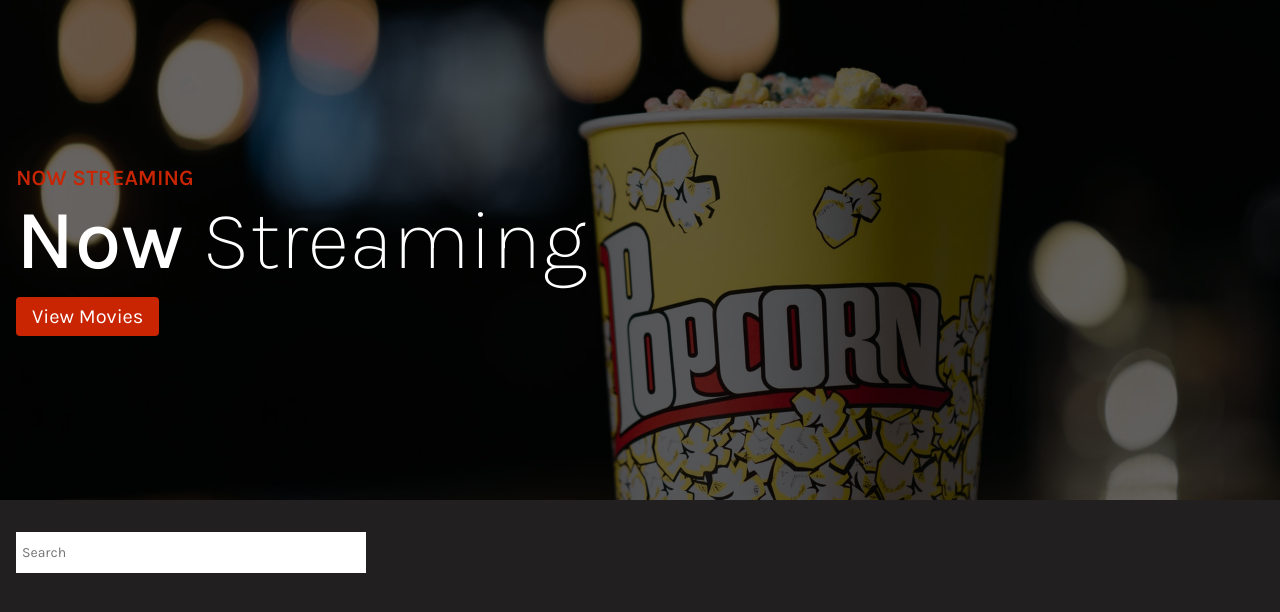
Repository: tomas938/films-overview
Page: /
An editor plug-in stored every save of this project. The page is shown before and after the next save, followed by the edit.
The browser window is 1280 px wide. The pictures show the whole page.
The page's requests for data from a server got no answer. The project was rebuilt for these pictures with package versions that can differ from the ones it lists, and the page was loaded fresh each time. The framework's server and built-in components were replaced by stand-ins that run in the browser. No one was signed in, and anything a server would have sent is missing. Also part of the build but not shown: nuxt.config.js.

Above is the page before, as saved 2021-08-27 10:06:07.

### assets/defaults.scss
@import url('https://fonts.googleapis.com/css2?family=Karla:wght@200;300;400;500;600&display=swap');

* {
  margin: 0;
  padding: 0;
  box-sizing: border-box;
  font-family: 'Karla', sans-serif;
  scroll-behavior: smooth;
}

// app transitions
.page-enter-active,
.page-leave-active {
  transition: opacity 0.5s;
}
.page-enter-from {
  transform: translateX(-100%);
}
// .page-leave-to {
//   opacity: 0;
// }

.app {
  background-color: #211f1f;
  min-height: 100vh;
}

.button {
  display: inline-block;
  text-decoration: none;
  color: inherit;
  padding: 8px 16px;
  background-color: #c92502;
  border: none;
  color: #fff;
  border-radius: 4px;
  cursor: pointer;
  transition: 0.3s ease all;

  &:hover {
    background-color: #891b02;
  }
}

.button-light {
  background-color: transparent;
  border: 1px solid #c92502;

  &:hover {
    border-color: transparent;
  }
}

.container {
  max-width: 1400px;
  margin: 0 auto;
}

### components/Hero.vue
<template>
  <div class="hero">
    <img src="../assets/imgs/movieHero.jpg" alt="hero image" />
    <div class="text-container">
      <div class="text">
        <span class="mini-heading">Now Streaming</span>
        <h1><span>Now</span> Streaming</h1>
        <a href="#movie-grid" class="button">View Movies</a>
      </div>
    </div>
  </div>
</template>

<script>
export default {
  name: 'Hero',
}
</script>

<style lang="scss" scoped>
.hero {
  height: 400px;
  position: relative;
  @media (min-width: 750px) {
    height: 500px;
  }
  &::after {
    content: '';
    position: absolute;
    top: 0;
    left: 0;
    height: 100%;
    width: 100%;
    background-color: rgba(0, 0, 0, 0.6);
  }
  img {
    width: 100%;
    height: 100%;
    object-fit: cover;
  }
  .text-container {
    z-index: 99;
    position: absolute;
    top: 0;
    margin: 0;
    width: 100%;
    height: 100%;
    display: flex;
    flex-direction: column;
    justify-content: center;
    .text {
      padding: 0 16px;
      width: 100%;
      max-width: 1400px;
      margin: 0 auto;
    }
    .mini-heading {
      font-weight: 600;
      font-size: 18px;
      text-transform: uppercase;
      color: #c92502;
      margin-bottom: 8px;
      @media (min-width: 750px) {
        font-size: 22px;
      }
    }
    h1 {
      color: #fff;
      font-size: 64px;
      font-weight: 200;
      margin-bottom: 8px;
      @media (min-width: 750px) {
        font-size: 84px;
      }
      span {
        font-weight: 500;
      }
    }
    .button {
      font-size: 20px;
      align-self: flex-start;
    }
  }
}
</style>

### components/Loading.vue
<template>
  <div class="loading">
    <span></span>
  </div>
</template>

<script>
export default {}
</script>

<style lang="scss" scoped>
.loading {
  height: 100vh;
  width: 100%;
  display: flex;
  justify-content: center;
  align-items: center;

  @keyframes circle-loading {
    to {
      transform: rotateZ(360deg);
    }
  }

  span {
    display: block;
    width: 70px;
    height: 70px;
    border-radius: 50%;
    border: 2px solid transparent;
    border-top-color: #fff;
    animation: circle-loading 1200ms ease infinite;
  }
}
</style>

### layouts/default.vue
<template>
  <div class="app">
    <Nuxt keep-alive />
  </div>
</template>

### pages/index.vue
<template>
  <div class="home">
    <Hero></Hero>

    <div class="container search">
      <input
        @keyup.enter="$fetch"
        type="text"
        placeholder="Search"
        v-model.lazy="searchInput"
      />
      <button @click="clearSearch()" v-show="searchInput !== ''" class="button">
        Clear Search
      </button>
    </div>

    <Loading v-if="$fetchState.pending"></Loading>

    <div v-else class="container movies">
      <div v-if="searchInput !== ''" id="movie-grid" class="movies-grid">
        <div
          class="movie"
          v-for="(movie, index) in searchedMovies"
          :key="index"
        >
          <div class="movie-img">
            <img
              :src="`https://image.tmdb.org/t/p/w500/${movie.poster_path}`"
              alt=""
            />
            <p class="review">{{ movie.vote_average }}</p>
            <p class="overview">{{ movie.overview }}</p>
          </div>
          <div class="info">
            <p class="title">
              {{ movie.title.slice(0, 25)
              }}<span v-if="movie.title.length > 25">...</span>
            </p>
            <p class="release">
              Released:{{
                new Date(movie.release_data).toLocaleString('en-us', {
                  month: 'long',
                  day: 'numeric',
                  year: 'numeric',
                })
              }}
            </p>
            <Nuxt-link
              class="button button-link"
              :to="{
                name: 'movies-movieid',
                params: { movieid: movie.id },
              }"
              >Get More Info</Nuxt-link
            >
          </div>
        </div>
      </div>
      <div v-else id="movie-grid" class="movies-grid">
        <div class="movie" v-for="(movie, index) in movies" :key="index">
          <div class="movie-img">
            <img
              :src="`https://image.tmdb.org/t/p/w500/${movie.poster_path}`"
              alt=""
            />
            <p class="review">{{ movie.vote_average }}</p>
            <p class="overview">{{ movie.overview }}</p>
          </div>
          <div class="info">
            <p class="title">
              {{ movie.title.slice(0, 25)
              }}<span v-if="movie.title.length > 25">...</span>
            </p>
            <p class="release">
              Released:{{
                new Date(movie.release_data).toLocaleString('en-us', {
                  month: 'long',
                  day: 'numeric',
                  year: 'numeric',
                })
              }}
            </p>
            <Nuxt-link
              class="button button-link"
              :to="{ name: 'movies-movieid', params: { movieid: movie.id } }"
              >Get More Info</Nuxt-link
            >
          </div>
        </div>
      </div>
    </div>
  </div>
</template>

<script>
import axios from 'axios'
export default {
  head() {
    return {
      title: 'Movie App - Latest Streaming Movie Info',
      meta: [
        {
          hid: 'description',
          name: 'description',
          content: 'Get all the latest streaming movies in theaters & online',
        },
        {
          hid: 'keywords',
          name: 'keywords',
          content: 'movies, stream, straming',
        },
      ],
    }
  },
  data() {
    return {
      movies: [],
      searchedMovies: [],
      searchInput: '',
    }
  },
  async fetch() {
    if (this.searchInput === '') {
      await this.getMovies()
      return
    }
    await this.searchMovies()
  },
  fetchDelay: 1000,
  methods: {
    async getMovies() {
      const data = axios(
        'https://api.themoviedb.org/3/movie/now_playing?api_key=a0b65c5ae8f856e9b3307cd48815620d&language=en-US&page=1'
      )
      const result = await data
      result.data.results.forEach((movie) => {
        this.movies.push(movie)
      })
    },
    async searchMovies() {
      const data = axios.get(
        `https://api.themoviedb.org/3/search/movie?api_key=a0b65c5ae8f856e9b3307cd48815620d&language=en-US&page=1&query=${this.searchInput}`
      )
      const result = await data
      result.data.results.forEach((movie) => {
        this.searchedMovies.push(movie)
      })
    },
    clearSearch() {
      this.searchInput = ''
      this.searchedMovies = []
    },
  },
}
</script>
<style lang="scss" scoped>
.home {
  .loading {
    padding-top: 120px;
    align-items: flex-start;
  }
  .search {
    display: flex;
    padding: 32px 16px;
    input {
      max-width: 350px;
      width: 100%;
      padding: 12px 6px;
      font-size: 14px;
      border: none;
      &:focus {
        outline: none;
      }
    }
    .button {
      border-top-left-radius: 0;
      border-bottom-left-radius: 0;
    }
  }
  .movies {
    padding: 32px 16px;
    .movies-grid {
      display: grid;
      column-gap: 32px;
      row-gap: 64px;
      grid-template-columns: 1fr;
      @media (min-width: 500px) {
        grid-template-columns: repeat(2, 1fr);
      }
      @media (min-width: 750px) {
        grid-template-columns: repeat(3, 1fr);
      }
      @media (min-width: 1100px) {
        grid-template-columns: repeat(4, 1fr);
      }
      .movie {
        position: relative;
        display: flex;
        flex-direction: column;
        .movie-img {
          cursor: pointer;
          width: 100%;
          height: 100%;
          position: relative;
          overflow: hidden;
          &:hover {
            .overview {
              transform: translateY(0);
            }
          }
          img {
            display: block;
            width: 100%;
            height: 100%;
          }
          .review {
            position: absolute;
            top: 0;
            left: 0;
            display: flex;
            justify-content: center;
            align-items: center;
            width: 40px;
            height: 40px;
            background-color: #c92502;
            color: #fff;
            border-radius: 0 0 16px 0;
            box-shadow: 0 4px 6px -1px rgba(0, 0, 0, 0.1),
              0 2px 4px -1px rgba(0, 0, 0, 0.06);
          }
          .overview {
            line-height: 1.5;
            position: absolute;
            bottom: 0;
            background-color: rgba(201, 38, 2, 0.9);
            padding: 12px;
            color: #fff;
            transform: translateY(100%);
            transition: 0.3s ease-in-out all;
          }
        }
        .info {
          margin-top: auto;
          .title {
            margin-top: 8px;
            color: #fff;
            font-size: 20px;
          }
          .release {
            margin-top: 8px;
            color: #c9c9c9;
          }
          .button {
            margin-top: 8px;
          }
        }
      }
    }
  }
}
</style>

After the next save:
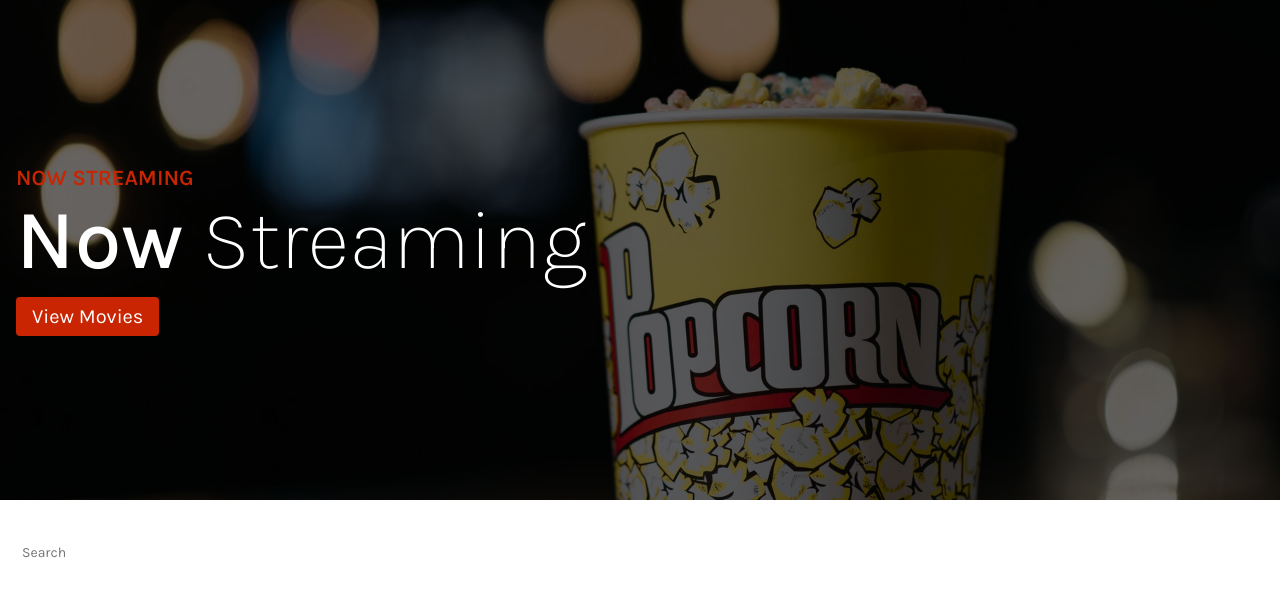
Saved 13 s later.
--- a/assets/defaults.scss
+++ b/assets/defaults.scss
@@ -14,8 +14,9 @@
   transition: opacity 0.5s;
 }
 .page-enter-from {
-  transform: translateX(-100%);
+  transform: translateX(0%);
 }
+.page-le
 // .page-leave-to {
 //   opacity: 0;
 // }

After the save that followed:
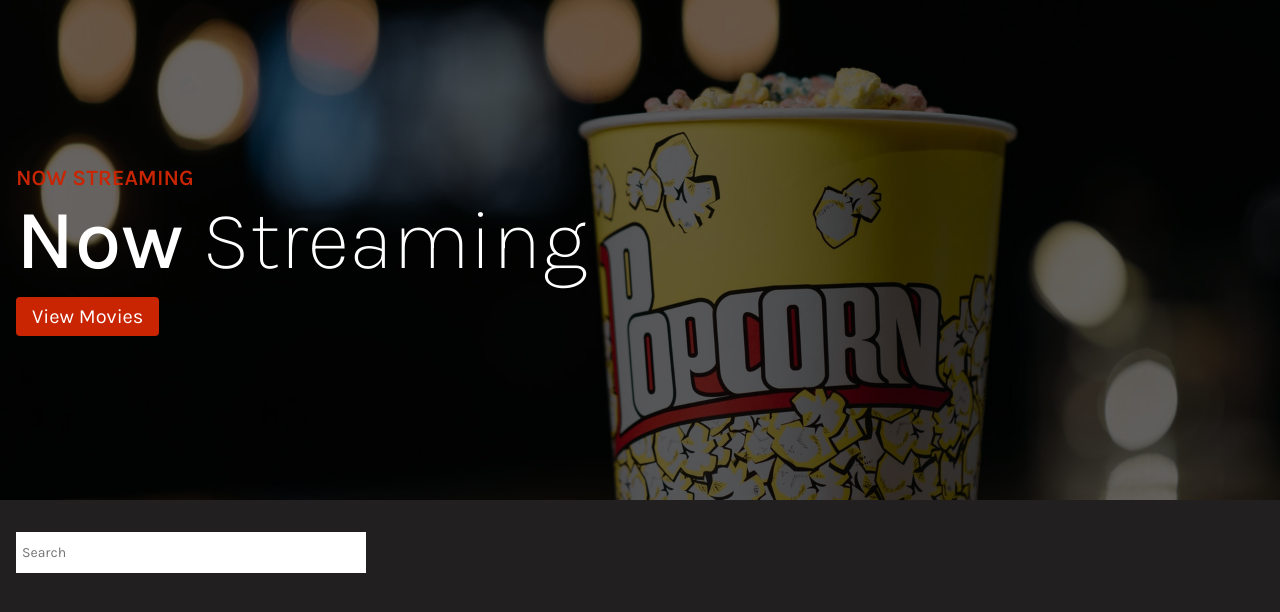
Saved 5 s later.
--- a/assets/defaults.scss
+++ b/assets/defaults.scss
@@ -16,10 +16,9 @@
 .page-enter-from {
   transform: translateX(0%);
 }
-.page-le
-// .page-leave-to {
-//   opacity: 0;
-// }
+.page-leave-to {
+  opacity: 0;
+}
 
 .app {
   background-color: #211f1f;
